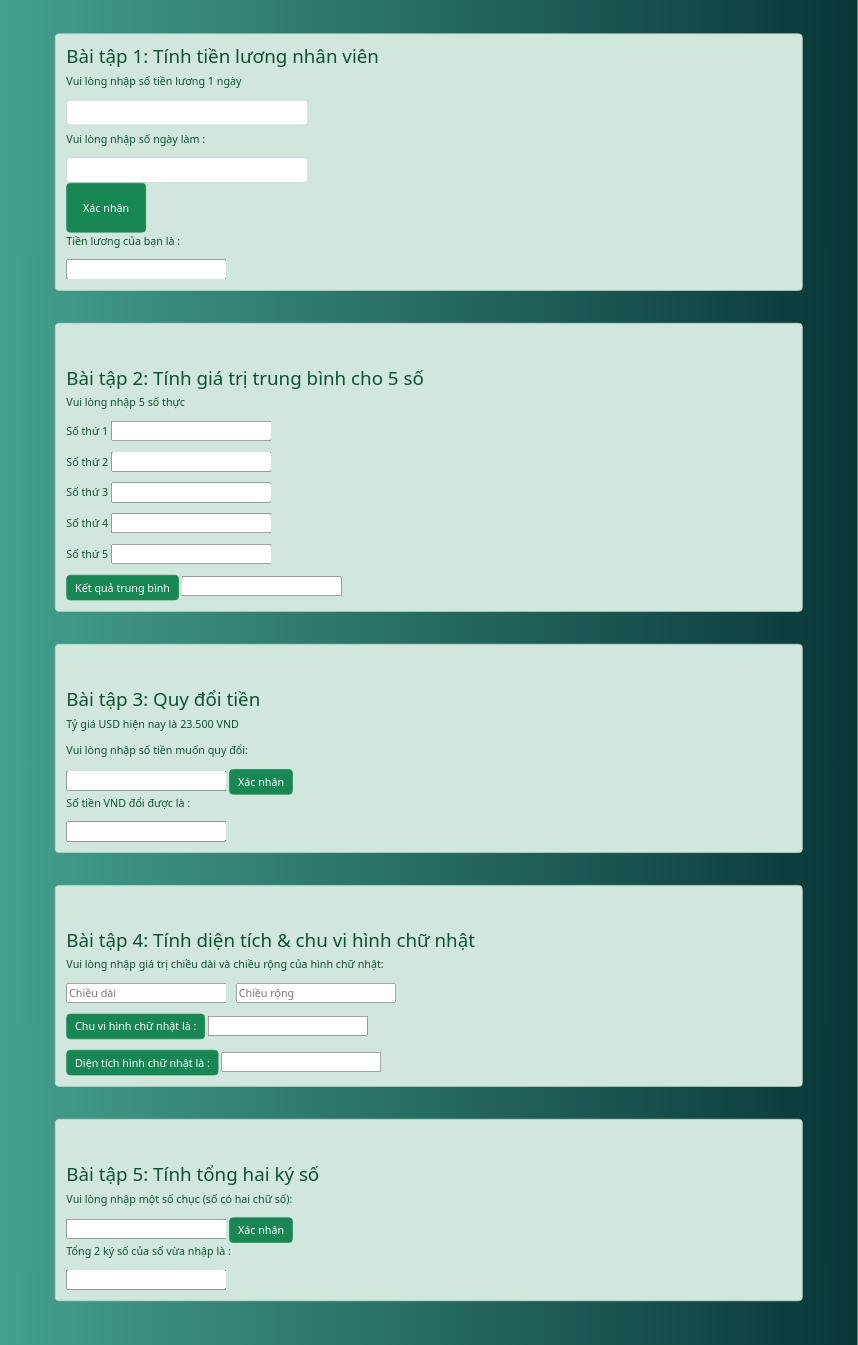
Repository: hcozyph/TranHuuPhuoc_BC43_BT_JS_Buoi2
Page: index.html
An editor plug-in stored every save of this project. The page is shown before and after the next save, followed by the edit.
The browser window is 1280 px wide. The pictures show the whole page, at 67% of full size.

Above is the page before, as saved 2023-02-03 20:38:31.

### index.html
<!DOCTYPE html>
<html lang="en">
    <head>
        <title>BT JS - Buoi 1</title>
        <!-- Required meta tags -->
        <meta charset="utf-8" />
        <meta
            name="viewport"
            content="width=device-width, initial-scale=1, shrink-to-fit=no"
        />

        <!-- font-family -->
        <link
            href="//fonts.googleapis.com/css2?family=Pacifico&amp;display=swap"
            rel="stylesheet"
        />
        <link
            href="//fonts.googleapis.com/css2?family=Quicksand:wght@300;400;500;600;700&amp;display=swap"
            rel="stylesheet"
        />

        <!-- Bootstrap CSS v5.2.1 -->
        <link
            href="https://cdn.jsdelivr.net/npm/bootstrap@5.2.1/dist/css/bootstrap.min.css"
            rel="stylesheet"
            integrity="sha384-iYQeCzEYFbKjA/T2uDLTpkwGzCiq6soy8tYaI1GyVh/UjpbCx/TYkiZhlZB6+fzT"
            crossorigin="anonymous"
        />

        <!-- FontAwesome 6.2.0 CSS -->
        <link
            rel="stylesheet"
            href="https://cdnjs.cloudflare.com/ajax/libs/font-awesome/6.2.0/css/all.min.css"
            integrity="sha512-xh6O/CkQoPOWDdYTDqeRdPCVd1SpvCA9XXcUnZS2FmJNp1coAFzvtCN9BmamE+4aHK8yyUHUSCcJHgXloTyT2A=="
            crossorigin="anonymous"
            referrerpolicy="no-referrer"
        />

        <!-- index.css -->
        <link rel="stylesheet" href="./style/index.css" />
    </head>

    <body>
        <div class="btvn">
            <!-- BT1 -->
            <div class="container">
                <!-- BT-1 -->
                <div class="BT1 alert alert-success">
                    <h1 class="fs-3">Bài tập 1: Tính tiền lương nhân viên</h1>

                    <div class="col-4">
                        <p>Vui lòng nhập số tiền lương 1 ngày</p>

                        <input
                            type="text"
                            id="luongMotNgay"
                            class="form-control"
                        />
                    </div>

                    <div class="col-4 mt-2">
                        <p>Vui lòng nhập số ngày làm :</p>

                        <input
                            type="number"
                            id="soNgayLam"
                            class="form-control"
                        />
                    </div>

                    <div class="col-4">
                        <button
                            class="btn btn-success d-inline-block p-4"
                            id="btnXacNhan"
                            onclick="inputSoNgayLam()"
                        >
                            Xác nhận
                        </button>
                    </div>

                    <p>Tiền lương của bạn là :</p>
                    <input type="text" id="result" />
                </div>

                <!-- BT2 -->
                <div class="BT2 alert alert-success mt-5">
                    <h1 class="fs-3 mt-5">
                        Bài tập 2: Tính giá trị trung bình cho 5 số
                    </h1>
                    <p>Vui lòng nhập 5 số thực</p>

                    <p>Số thứ 1 <input type="number" id="n1" /></p>
                    <p>Số thứ 2 <input type="number" id="n2" /></p>
                    <p>Số thứ 3 <input type="number" id="n3" /></p>
                    <p>Số thứ 4 <input type="number" id="n4" /></p>
                    <p>Số thứ 5 <input type="number" id="n5" /></p>

                    <button
                        class="btn btn-success"
                        id="btnAverage"
                        onclick="average()"
                    >
                        Kết quả trung bình
                    </button>
                    <input type="text" id="average" />
                </div>

                <!-- BT3 -->
                <div class="BT3 alert alert-success mt-5">
                    <h1 class="fs-3 mt-5">Bài tập 3: Quy đổi tiền</h1>
                    <p>Tỷ giá USD hiện nay là 23.500 VND</p>
                    <p>Vui lòng nhập số tiền muốn quy đổi:</p>

                    <input type="number" id="inputUsd" />
                    <button
                        class="btn btn-success"
                        id="btnTradeMoney"
                        onclick="tradeMoney ()"
                    >
                        Xác nhận
                    </button>

                    <p>Số tiền VND đổi được là :</p>
                    <input type="text" id="tradeMoney" />
                </div>

                <!-- BT4 -->
                <div class="BT4 alert alert-success mt-5">
                    <h1 class="fs-3 mt-5">
                        Bài tập 4: Tính diện tích & chu vi hình chữ nhật
                    </h1>
                    <p>
                        Vui lòng nhập giá trị chiều dài và chiều rộng của hình
                        chữ nhật:
                    </p>

                    <input type="number" id="length" placeholder="Chiều dài" />
                    <input
                        style="margin-left: 10px"
                        type="number"
                        id="width"
                        placeholder="Chiều rộng"
                    />

                    <div class="chuVi mt-3">
                        <button class="btn btn-success" onclick="chuVi()">
                            Chu vi hình chữ nhật là :
                        </button>
                        <input type="number" id="chuVi" />
                    </div>

                    <div class="dienTich mt-3">
                        <button class="btn btn-success" onclick="dienTich()">
                            Diện tích hình chữ nhật là :
                        </button>
                        <input type="number" id="dienTich" />
                    </div>
                </div>

                <!-- BT5 -->
                <div class="BT5 alert alert-success mt-5">
                    <h1 class="fs-3 mt-5">Bài tập 5: Tính tổng hai ký số</h1>
                    <p>Vui lòng nhập một số chục (số có hai chữ số):</p>
                    <input type="number" id="inputSoChuc" />
                    <button class="btn btn-success" onclick="tong2KySo()">
                        Xác nhận
                    </button>
                    <p>Tổng 2 ký số của số vừa nhập là :</p>
                    <input type="number" id="tong2KySo" />
                </div>
            </div>
        </div>

        <!-- Bootstrap JavaScript Libraries -->
        <script
            src="https://cdn.jsdelivr.net/npm/@popperjs/core@2.11.6/dist/umd/popper.min.js"
            integrity="sha384-oBqDVmMz9ATKxIep9tiCxS/Z9fNfEXiDAYTujMAeBAsjFuCZSmKbSSUnQlmh/jp3"
            crossorigin="anonymous"
        ></script>

        <script
            src="https://cdn.jsdelivr.net/npm/bootstrap@5.2.1/dist/js/bootstrap.min.js"
            integrity="sha384-7VPbUDkoPSGFnVtYi0QogXtr74QeVeeIs99Qfg5YCF+TidwNdjvaKZX19NZ/e6oz"
            crossorigin="anonymous"
        ></script>

        <!-- js customize -->
        <script src="./index.js"></script>
    </body>
</html>

### style/index.css
.btvn {
    background: linear-gradient(to right, rgb(68, 160, 141), rgb(9, 54, 55));
    background-repeat: no-repeat;
    background-size: cover;
    margin: 0 auto;
    padding: 50px;
}

### index.js
//BT1: Tính tiền lương nhân viên
function inputSoNgayLam () {
    //input:
    var soNgayLam = document.getElementById('soNgayLam').value;
    const luongMotNgay = 100000;

    //output:
    var result = 0;

    //progress
    var result = parseInt(soNgayLam) * parseInt(luongMotNgay);

    document.getElementById('result').value = result.toLocaleString() + ' VND';
}

//BT2: Tính trung bình cộng 5 số
function average () {
    //input:
    var n1 = document.getElementById('n1').value;
    var n2 = document.getElementById('n2').value;
    var n3 = document.getElementById('n3').value;
    var n4 = document.getElementById('n4').value;
    var n5 = document.getElementById('n5').value;
    //output:
    var average = 0;
    const soLuongInput = 5;

    //progress
    var sum = parseFloat(n1) + parseFloat(n2) + parseFloat(n3) + parseFloat(n4) + parseFloat(n5);

    var average =  sum / parseFloat(soLuongInput) ;

    document.getElementById('average').value = average;
}

//BT3: Quy đổi tiền
function tradeMoney () {
    //input
    var inputUsd = document.getElementById('inputUsd').value;
    const tyGia = 23500;

    //output
    var tradeMoney = 0;

    //progress
    var tradeMoney = parseInt(inputUsd) * parseInt(tyGia);
    document.getElementById('tradeMoney').value = tradeMoney.toLocaleString() + ' VND';
}

//BT4: Tính chu vi & diện tích hình chữ nhật
function chuVi () {
    // input
    var length = document.getElementById('length').value;
    var width = document.getElementById('width').value;

    //output
    var chuVi = ( parseInt(length) + parseInt(width) ) * 2;

    //progress
    document.getElementById('chuVi').value = chuVi.toLocaleString();
}


function dienTich () {
    // input
    var length = document.getElementById('length').value;
    var width = document.getElementById('width').value;

    //output
    var dienTich = parseInt(length) * parseInt(width) ;

    //progress
    document.getElementById('dienTich').value = dienTich.toLocaleString();
}


//BT5: Tính tổng hai ký số
function tong2KySo () {
    //input
    var inputSoChuc = document.getElementById('inputSoChuc').value;
    var hangChuc = 0;
    var hangDonVi = 0;

    //output
    var tong2KySo = 0;

    //progress
    var hangChuc = Math.floor(Number(inputSoChuc)/10)
    var hangDonVi = Math.floor(Number(inputSoChuc)%10)
    var tong2KySo = parseInt(hangChuc) + parseInt(hangDonVi);

    document.getElementById('tong2KySo').value = tong2KySo;
}
/*
Link vercel:
https://tran-huu-phuoc-bc-43-bt-js-buoi1.vercel.app/
*/

After the next save:
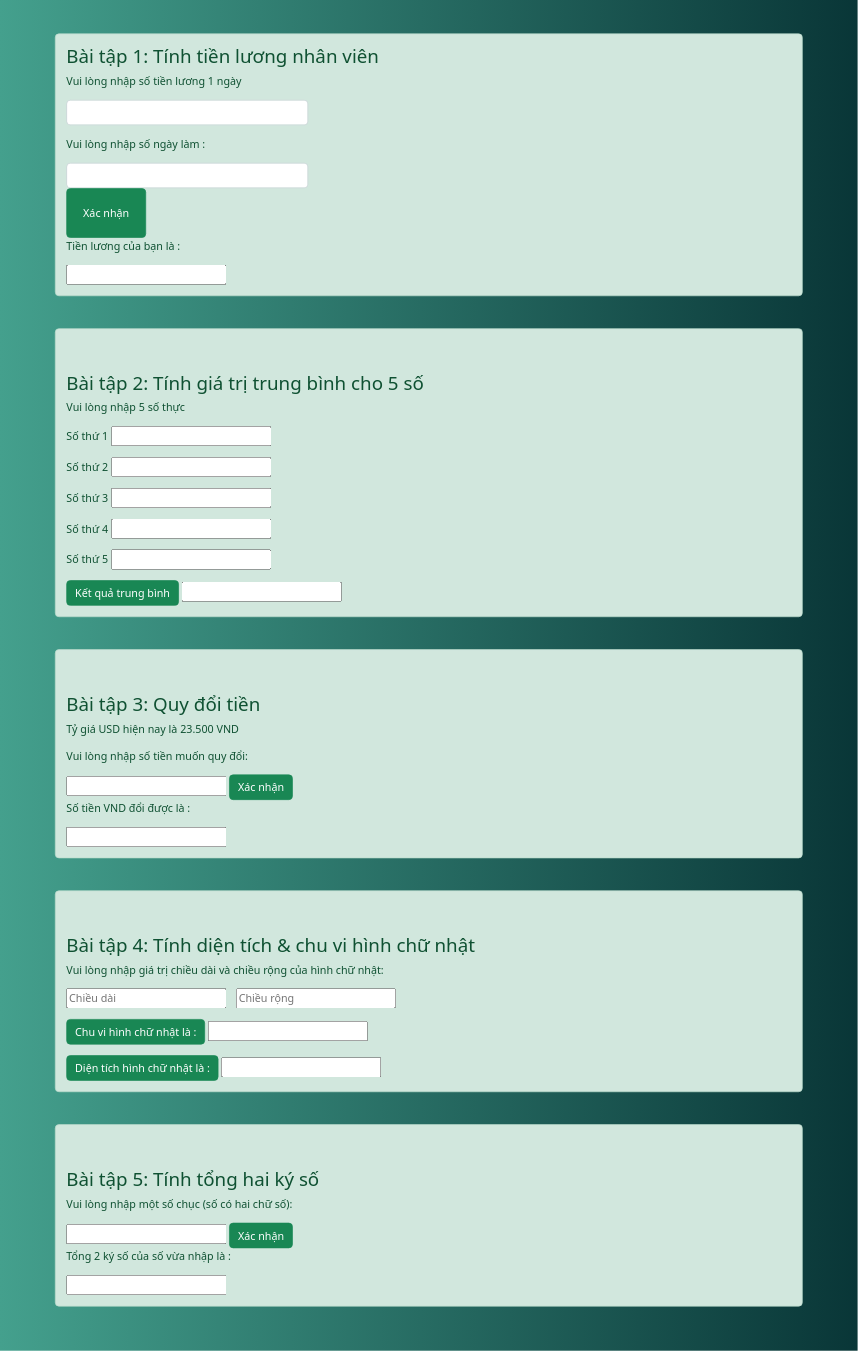
Saved 6 s later.
--- a/index.html
+++ b/index.html
@@ -58,7 +58,7 @@
                         />
                     </div>
 
-                    <div class="col-4 mt-2">
+                    <div class="col-4 mt-3">
                         <p>Vui lòng nhập số ngày làm :</p>
 
                         <input
